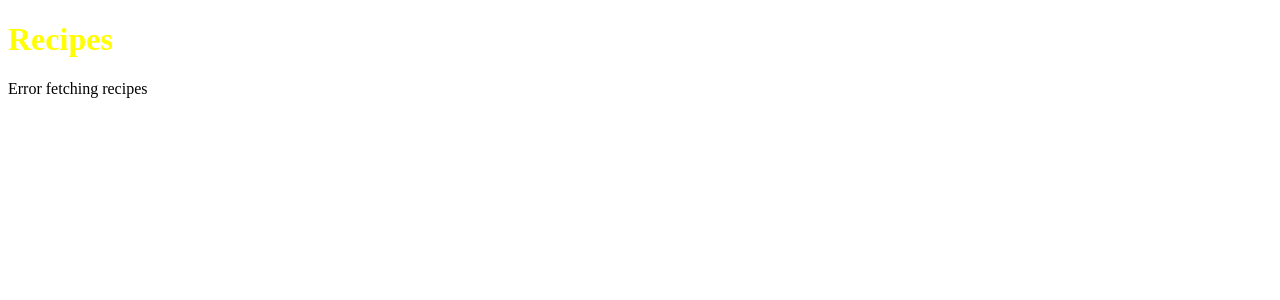
Repository: SharonSebastian32/food-search-filter-
Page: index.html
The author's editor kept a copy of each file at every save. The page is drawn from the files as they stood at one save, then again after the next save.
The browser window is 1280 px wide. The pictures show the whole page.
The page's requests for data from a server got no answer.

Above is the page before, as saved 2024-10-11 11:19:23.

After the next save:
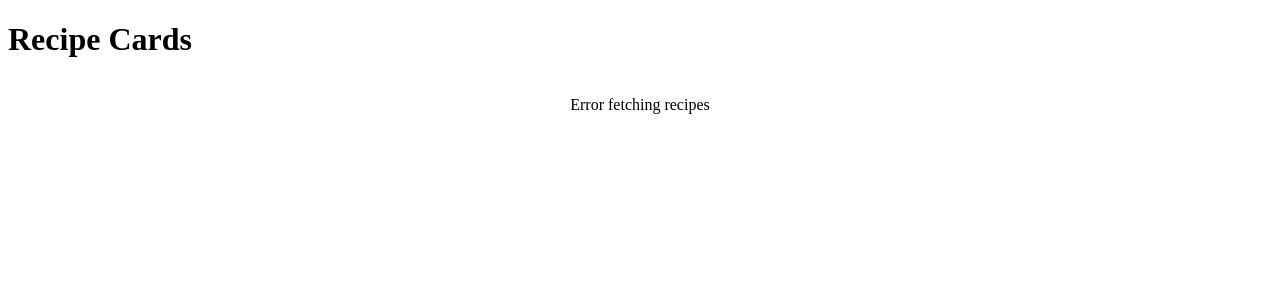
Saved 72 s later.
--- a/index.html
+++ b/index.html
@@ -3,13 +3,46 @@
   <head>
     <meta charset="UTF-8" />
     <meta name="viewport" content="width=device-width, initial-scale=1.0" />
-    <title>Recipe List</title>
+    <title>Recipe Cards</title>
+    <style>
+      .card {
+        border: 1px solid #ddd;
+        border-radius: 10px;
+        padding: 20px;
+        margin: 20px;
+        box-shadow: 0 4px 8px rgba(0, 0, 0, 0.1);
+        width: 300px;
+        display: inline-block;
+        vertical-align: top;
+      }
+      .card img {
+        max-width: 100%;
+        border-radius: 10px;
+      }
+      .card h2 {
+        font-size: 24px;
+        margin: 0 0 10px 0;
+      }
+      .card p {
+        margin: 5px 0;
+      }
+      .card hr {
+        margin: 20px 0;
+        border: none;
+        border-top: 1px solid #ddd;
+      }
+      .card-container {
+        display: flex;
+        flex-wrap: wrap;
+        justify-content: space-around;
+      }
+    </style>
   </head>
   <body>
-    <h1 style="color: yellow;">Recipes</h1>
+    <h1>Recipe Cards</h1>
 
-    <div id="recipe-root"></div>
-    <!-- This is where the recipes will be displayed -->
+    <div id="recipe-root" class="card-container"></div>
+    <!-- This is where the recipe cards will be displayed -->
 
     <script src="./index.js"></script>
   </body>
